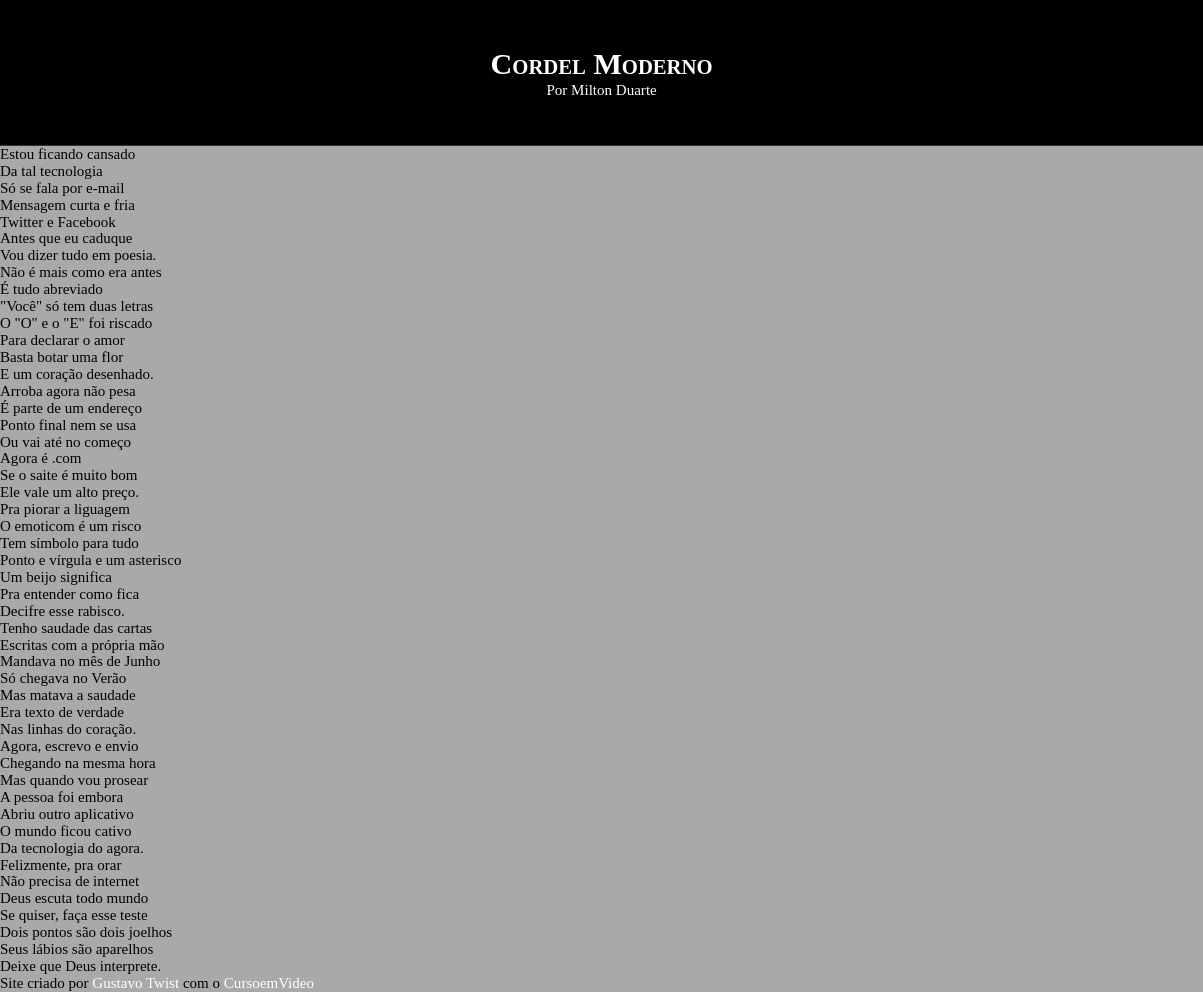
Repository: gustavotwist/projeto-cordel
Page: index.html
An editor plug-in stored every save of this project. The page is shown before and after the next save, followed by the edit.
The browser window is 1280 px wide. The pictures show the whole page, at 94% of full size.

Above is the page before, as saved 2024-04-19 13:48:25.

After the next save:
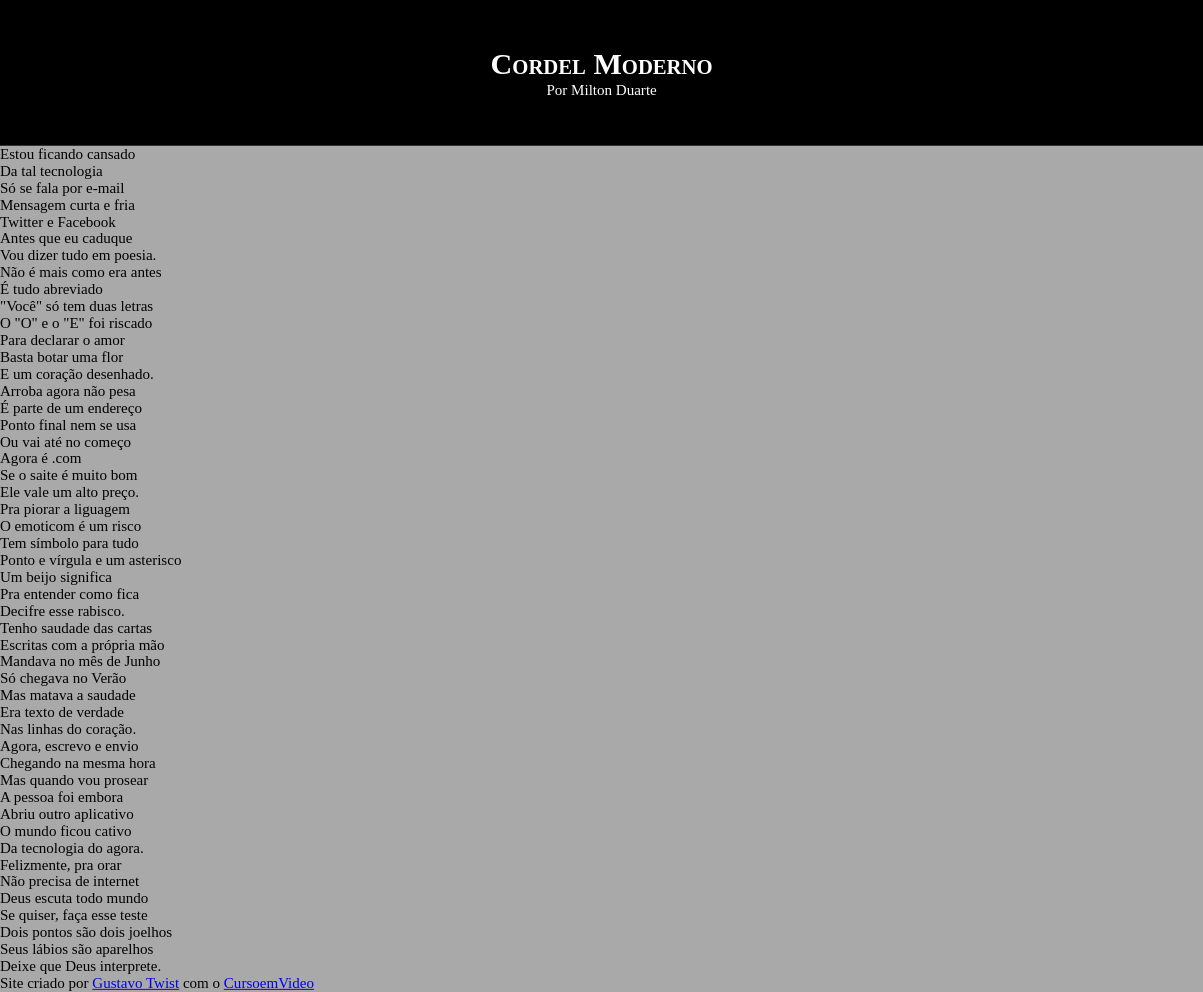
Saved 55 s later.
--- a/estilo/style.css
+++ b/estilo/style.css
@@ -25,7 +25,7 @@
     padding-bottom: 50px;
 }
 
-a {
+header a {
     color: white;
     text-decoration: none;
 }

After the 5 saves that followed:
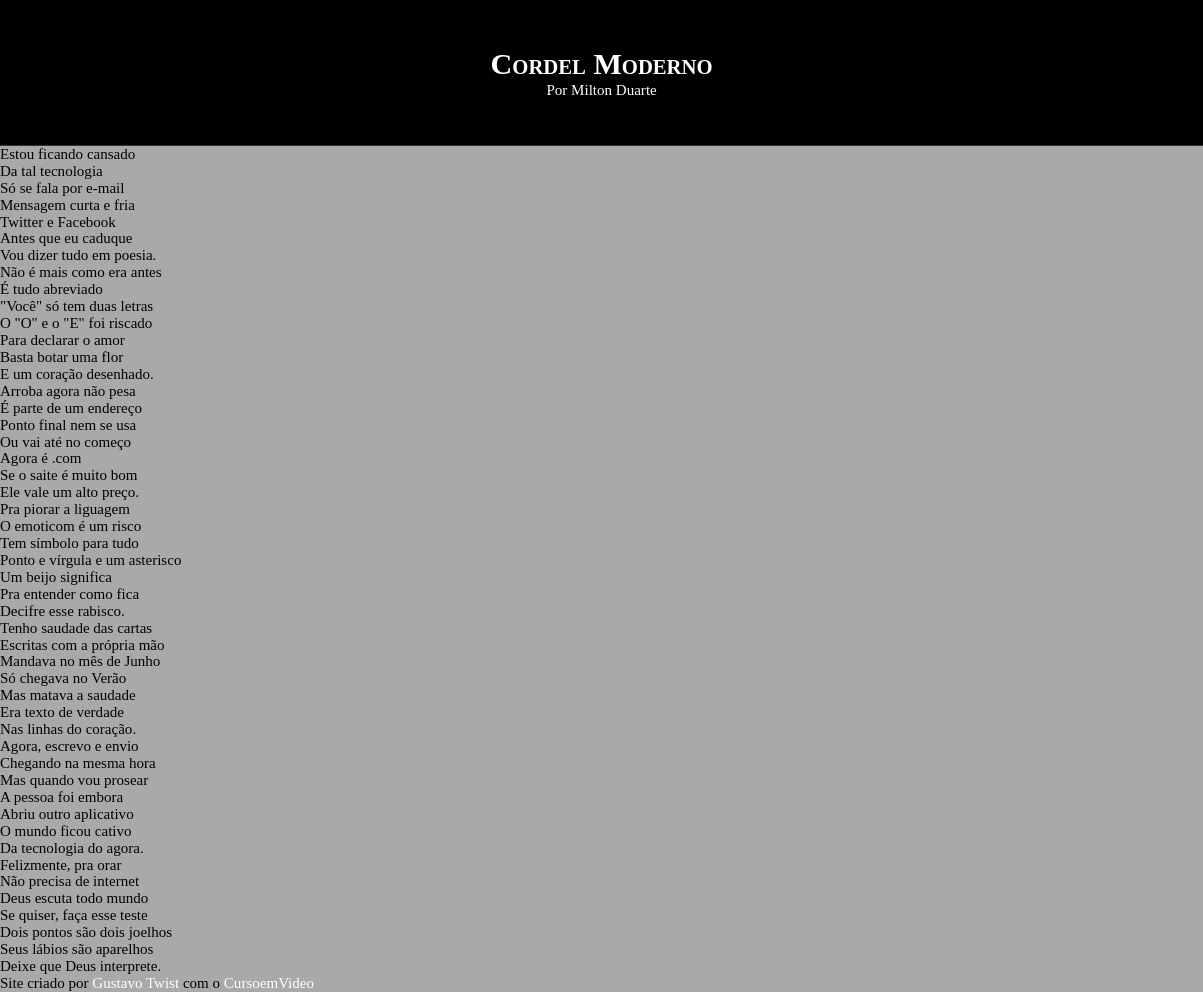
The 5 saves are shown as one change because they came seconds apart.
The last was saved 14 s later.
--- a/estilo/style.css
+++ b/estilo/style.css
@@ -25,7 +25,7 @@
     padding-bottom: 50px;
 }
 
-header a {
+header a, footer a {
     color: white;
     text-decoration: none;
 }
